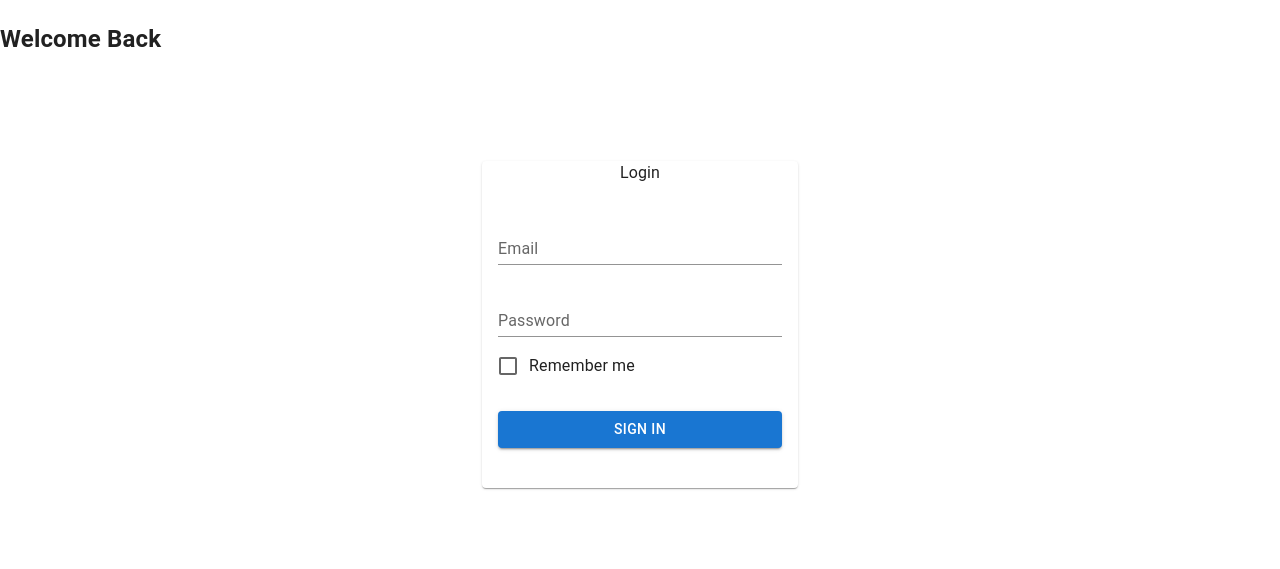
Repository: NGHIAVN1/Note
Page: /
The author's editor kept a copy of each file at every save. The page is drawn from the files as they stood at one save, then again after the next save.
The browser window is 1280 px wide. The pictures show the whole page.
The project was rebuilt for these pictures with package versions that can differ from the ones it lists, and the page was loaded fresh each time. Also part of the build but not shown: vite.config.js, src/Register.jsx, src/Pet.jsx, src/useBreedList.jsx, src/SearchParams.jsx.

Above is the page before, as saved 2024-03-05 18:44:35.

After the next save:
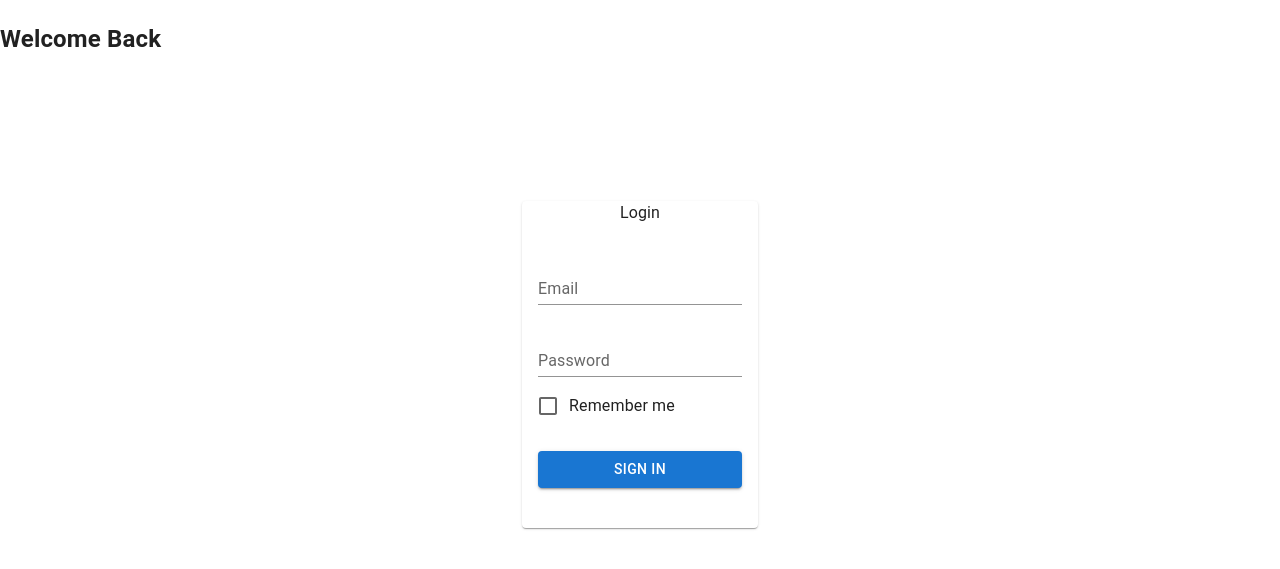
Saved 16 s later.
--- a/src/LoginPages.jsx
+++ b/src/LoginPages.jsx
@@ -29,7 +29,7 @@ const LoginPage = () => {
         >
           <Card
             sx={{
-              margin: 5,
+              margin: 10,
               display: "flex",
               flexDirection: "column",
               alignItems: "center",
